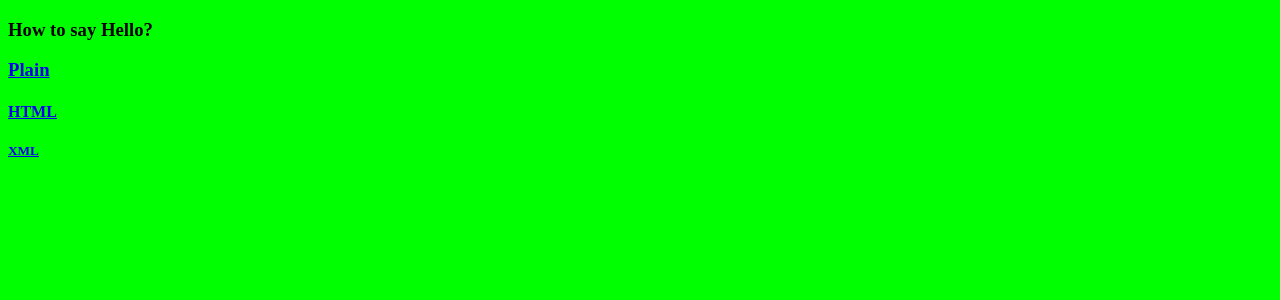
Repository: neera17/RESTfulWebService
Page: TribagoHotels/WebContent/index.html
An editor plug-in stored every save of this project. The page is shown before and after the next save, followed by the edit.
The browser window is 1280 px wide. The pictures show the whole page.

Above is the page before, as saved 2019-07-24 12:12:22.

After the next save:
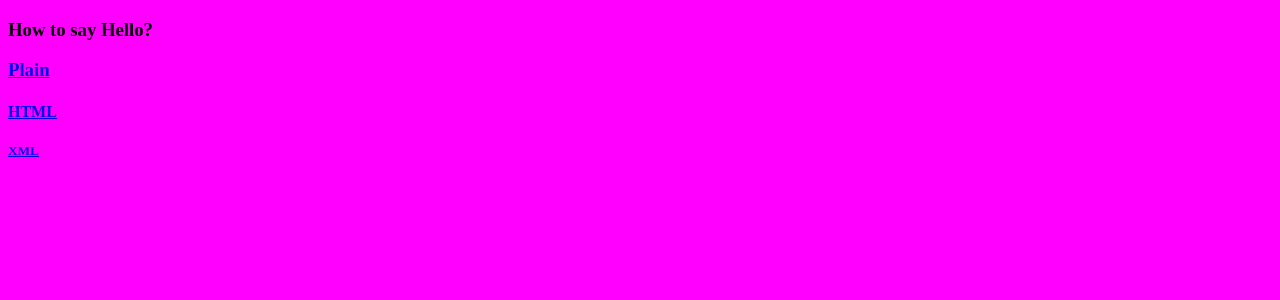
Saved 49 s later.
--- a/TribagoHotels/WebContent/index.html
+++ b/TribagoHotels/WebContent/index.html
@@ -7,7 +7,7 @@
 <style type="text/css">
 
 body {
-   background-color: lime;
+   background-color: fuchsia;
 }
 
 </style>
